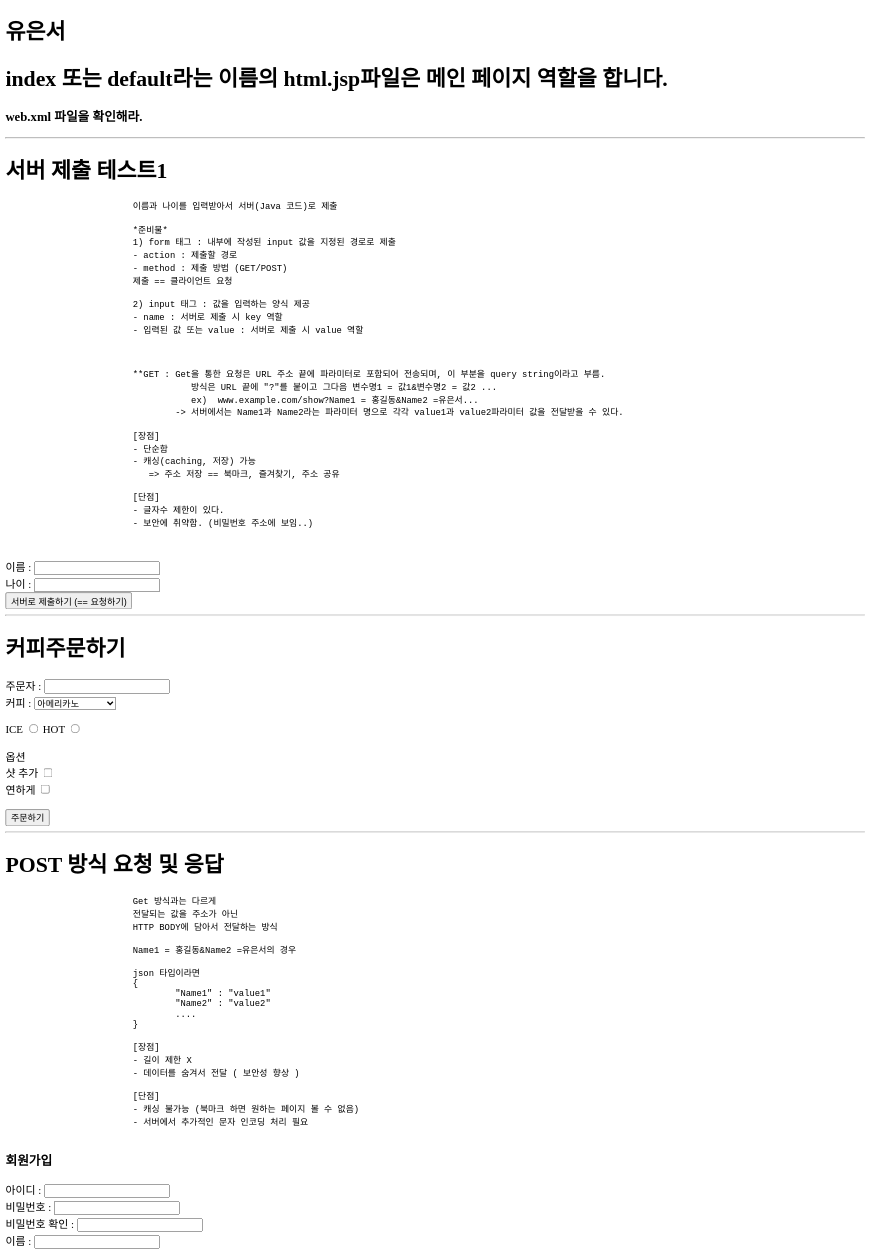
Repository: vegayes/06_Server
Page: ServletProject/src/main/webapp/index.html
An editor plug-in stored every save of this project. The page is shown before and after the next save, followed by the edit.
The browser window is 1280 px wide. The pictures show the whole page, at 68% of full size.

Above is the page before, as saved 2023-09-15 03:08:42.

After the next save:
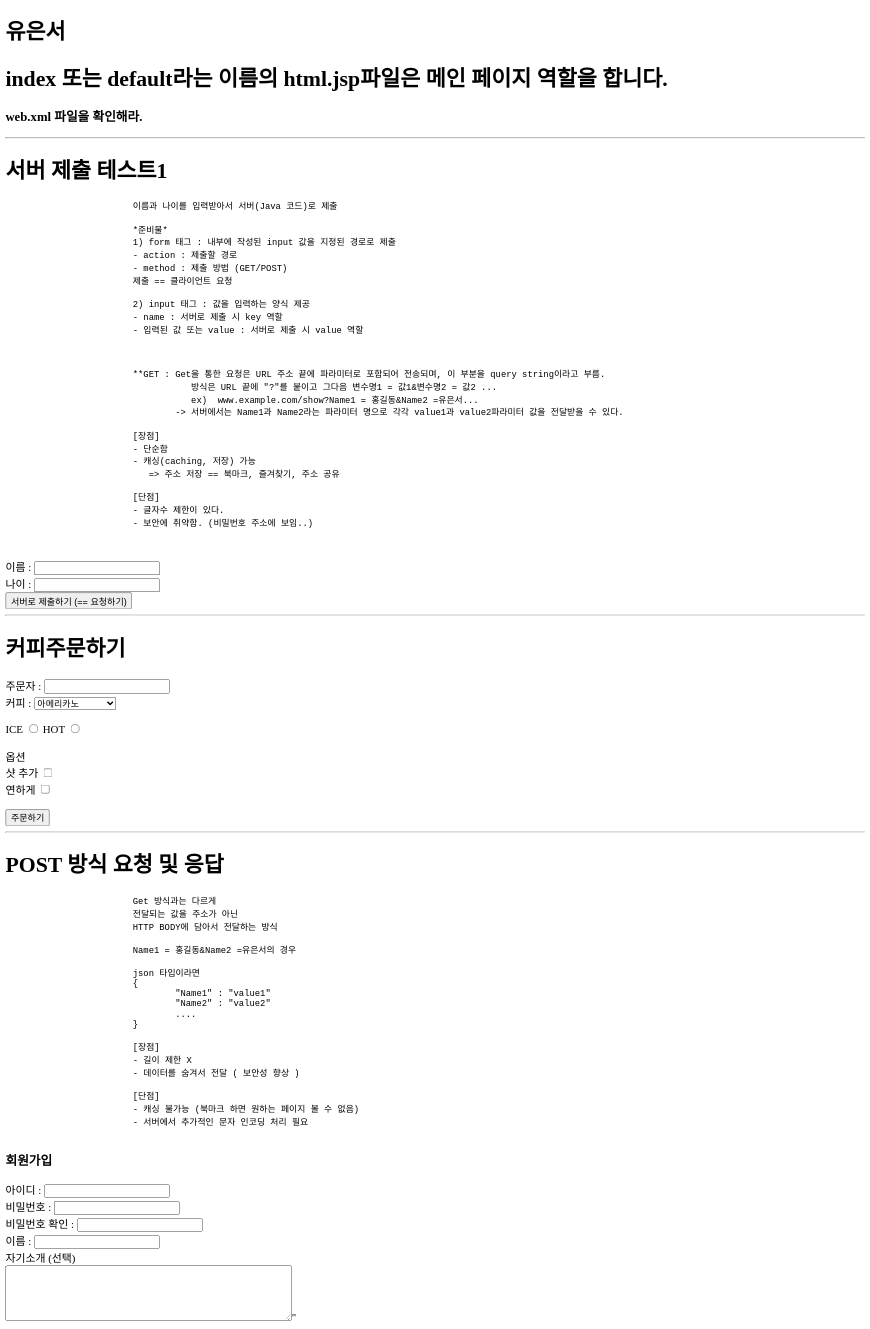
Saved 33 s later.
--- a/ServletProject/src/main/webapp/index.html
+++ b/ServletProject/src/main/webapp/index.html
@@ -121,6 +121,9 @@
 			비밀번호 확인 : <input type ="password" required><br>
 			이름 : <input name = "inputName" required><br>
 
+			자기소개 (선택) <br>
+			<textarea name = "intro" cols="50" rows="5"></textarea>"
+
 		</form>
 
 
